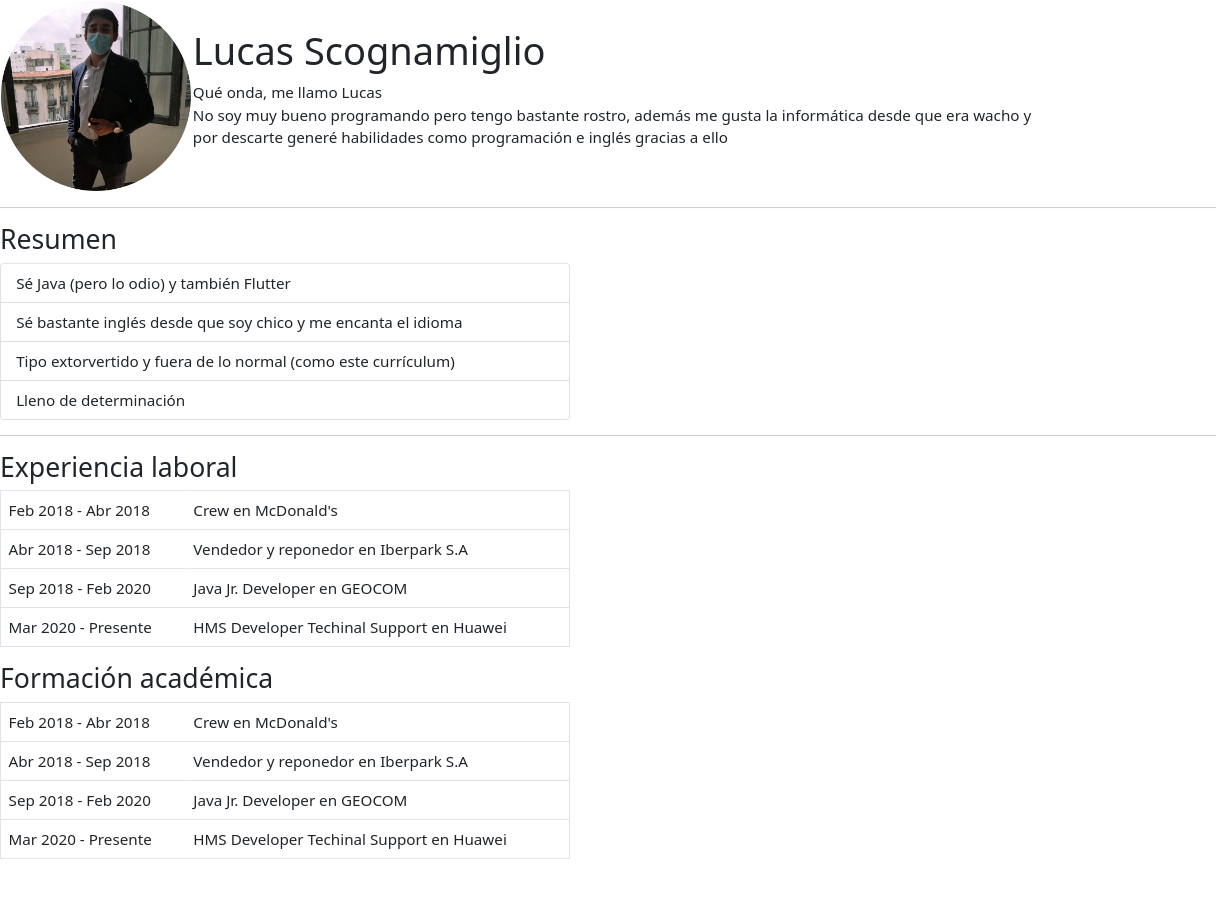
Repository: ScoggoDev/DesarrolloWeb
Page: tarea en equipo 1/cv.html
These files come from the project's save history. The page is drawn as it stood at one moment and after the next save; the edit follows.
The browser window is 1280 px wide. The pictures show the whole page, at 95% of full size.

Above is the page before, as saved 2021-07-07 21:44:56.

After the next save:
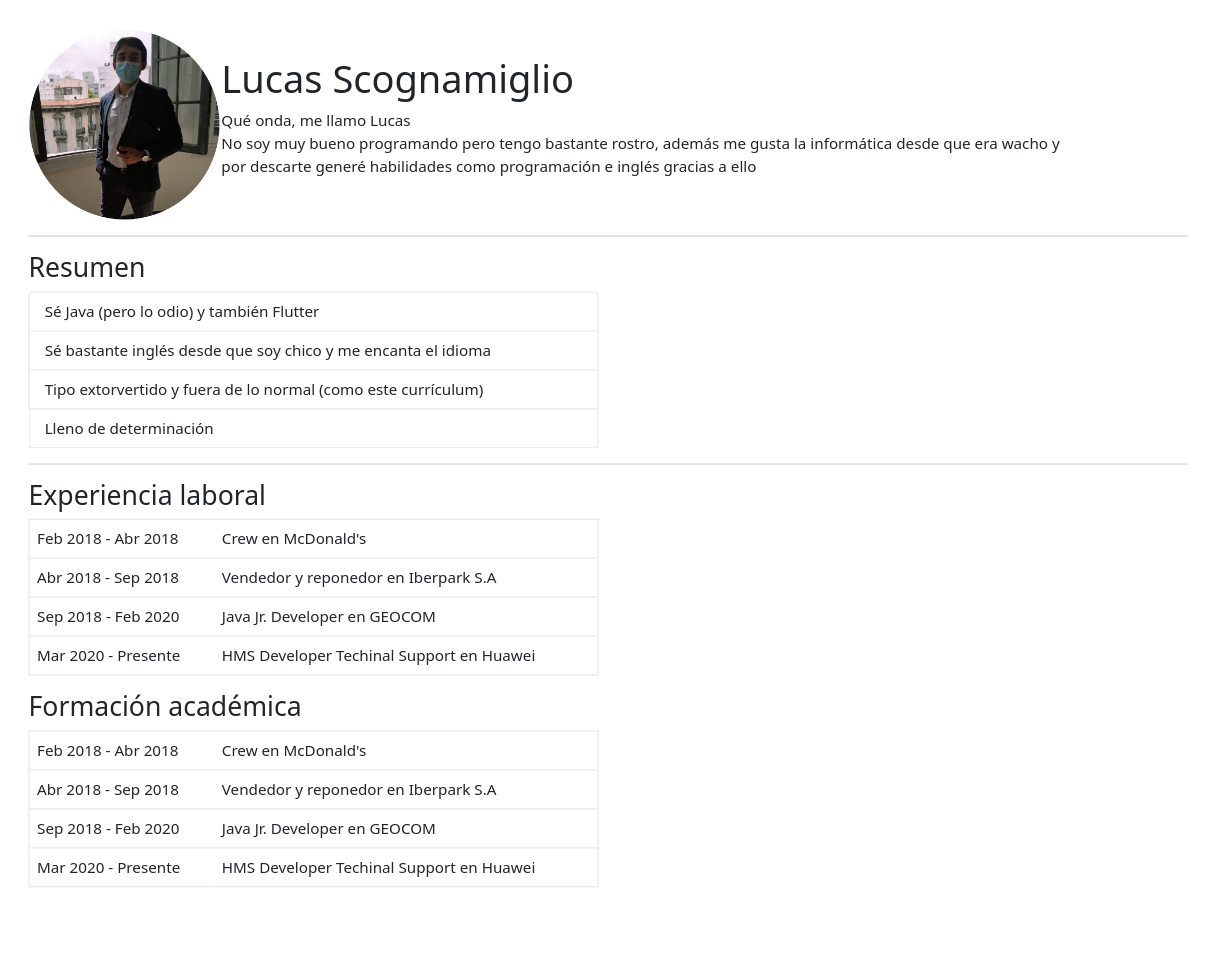
Saved 2 min 5 s later.
--- a/tarea en equipo 1/cv.html
+++ b/tarea en equipo 1/cv.html
@@ -6,7 +6,7 @@
     <link href="https://cdn.jsdelivr.net/npm/bootstrap@5.0.2/dist/css/bootstrap.min.css" rel="stylesheet" integrity="sha384-EVSTQN3/azprG1Anm3QDgpJLIm9Nao0Yz1ztcQTwFspd3yD65VohhpuuCOmLASjC" crossorigin="anonymous">
     <script src="https://cdn.jsdelivr.net/npm/bootstrap@5.0.2/dist/js/bootstrap.bundle.min.js" integrity="sha384-MrcW6ZMFYlzcLA8Nl+NtUVF0sA7MsXsP1UyJoMp4YLEuNSfAP+JcXn/tWtIaxVXM" crossorigin="anonymous"></script>
   </head>
-  <body>
+  <body style="margin: 30px;">
     <table cellspacing = "20">
       <td><img src="circle-cropped.png" alt="Lucas Scognamiglio" width="200" height="200"></td>
       <td>    <h1>Lucas Scognamiglio</h1>
